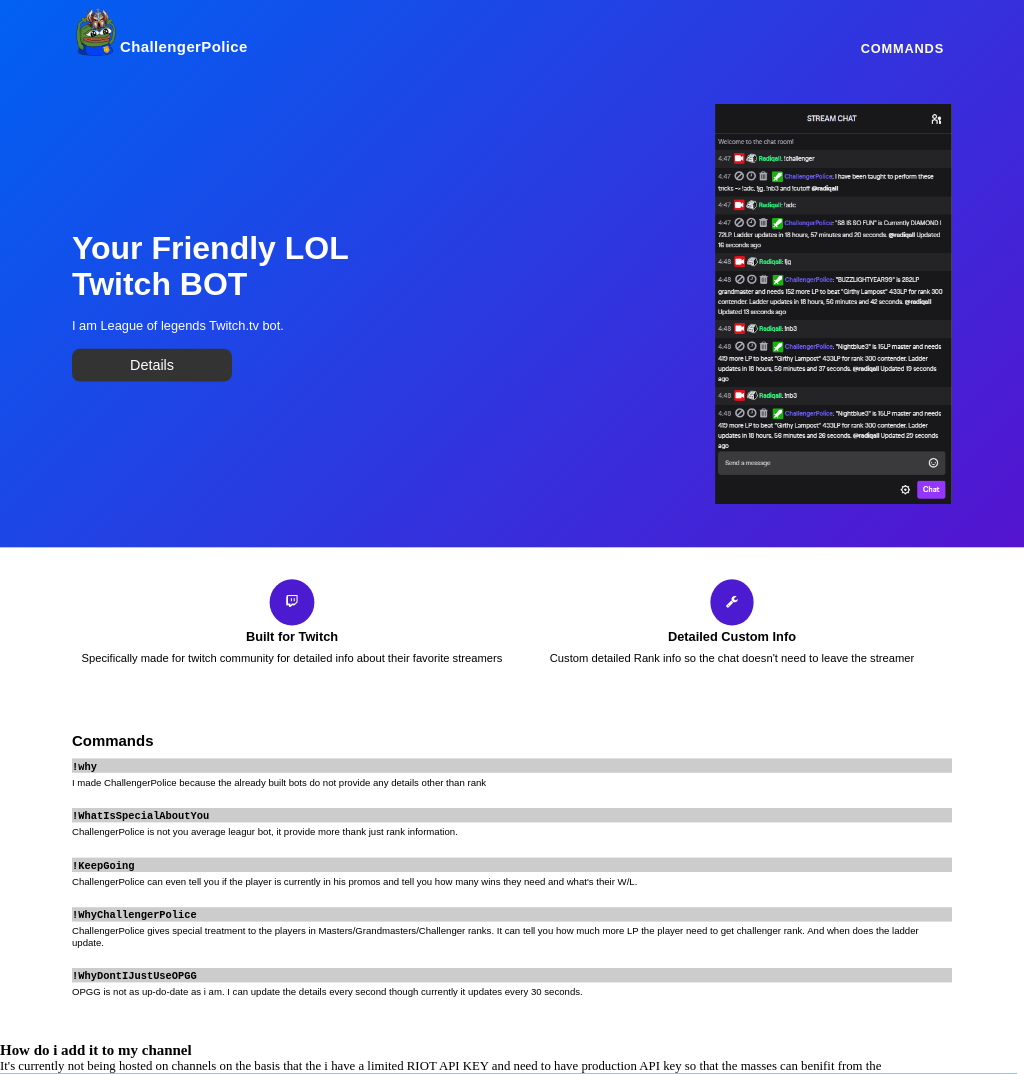
Repository: passbaan/challengerpolice
Page: index.html
The author's editor kept a copy of each file at every save. The page is drawn from the files as they stood at one save, then again after the next save.
The browser window is 1280 px wide. The pictures show the whole page, at 80% of full size.
The style sheet was rebuilt from its Sass, Less or Tailwind sources for each picture, by a compiler version that may differ from the author's.

Above is the page before, as saved 2020-06-02 18:08:13.

### index.html
<!DOCTYPE html>
<html lang="en">

<head>
    <meta charset="UTF-8">
    <meta name="viewport" content="width=device-width, initial-scale=1.0">
    <link href="https://stackpath.bootstrapcdn.com/font-awesome/4.7.0/css/font-awesome.min.css" rel="stylesheet"
        integrity="sha384-wvfXpqpZZVQGK6TAh5PVlGOfQNHSoD2xbE+QkPxCAFlNEevoEH3Sl0sibVcOQVnN" crossorigin="anonymous">
    <link rel="stylesheet" href="assets/css/main.min.css">
    <title>ChallengerPolice Rankbot</title>
</head>

<body>
    <section class="header">
        <div class="container">
            <nav>
                <div class="logo">
                    <img src="assets/img/logo.png" alt="Challenger Police Logo" class="logo-img">
                    <h1>ChallengerPolice</h1>
                </div>
                <div class="links">
                    <a href="#commands" class="link">Commands</a>
                </div>
            </nav>
            <div class="hero">
                <div class="hero-text">
                    <h3 class="heading">Your Friendly LOL Twitch BOT</h3>
                    <span>
                        I am League of legends Twitch.tv bot.
                    </span>
                    <a href="#details" class="more">Details</a>
                </div>
                <div class="hero-chat">
                    <img src="assets/img/chat.png" alt="">
                </div>
            </div>
        </div>
    </section>
    <section class="details-container" id="#details">
        <div class="container">
            <div class="details">
                <div class="detail">
                    <span class="img-logo"><i class="fa fa-twitch"></i></span>
                    <h4>Built for Twitch</h4>
                    <span class="detail-text">Specifically made for twitch community for detailed info about their
                        favorite streamers</span>
                </div>
                <div class="detail">
                    <span class="img-logo"><i class="fa fa-wrench"></i></span>
                    <h4>Detailed Custom Info</h4>
                    <span class="detail-text">
                        Custom detailed Rank info so the chat doesn't need to leave the streamer
                    </span>
                </div>
            </div>
        </div>
    </section>
    <section id="commands" class="commands-container">
        <div class="container">
            <div class="commands">
                <h3>Commands</h3>
                <div class="command">
                    <h4 class="command-header"><code>!why</code></h4>
                    <span class="command-text">I made ChallengerPolice because the already built bots do not provide any
                        details
                        other than rank </span>
                </div>
                <div class="command">
                    <h4 class="command-header"><code>!WhatIsSpecialAboutYou</code></h4>
                    <span class="command-text">ChallengerPolice is not you average leagur bot, it provide more thank
                        just
                        rank
                        information.</span>
                </div>
                <div class="command">
                    <h4 class="command-header"><code>!KeepGoing</code></h4>
                    <span class="command-text">ChallengerPolice can even tell you if the player is currently in his
                        promos
                        and
                        tell you how many wins they need and what's their W/L.</span>
                </div>
                <div class="command">
                    <h4 class="command-header"><code>!WhyChallengerPolice</code></h4>
                    <span class="command-text">ChallengerPolice gives special treatment to the players in
                        Masters/Grandmasters/Challenger ranks. It can tell you how much more LP the player need to get
                        challenger rank. And when does the ladder update.</span>
                </div>
                <div class="command">
                    <h4 class="command-header"><code>!WhyDontIJustUseOPGG</code></h4>
                    <span class="command-text">OPGG is not as up-do-date as i am. I can update the details every second
                        though
                        currently it updates every 30 seconds.</span>
                </div>
            </div>
        </div>
    </section>
    <section class="ADD" id="add">
        <h3>How do i add it to my channel</h3>
        <p>It's currently not being hosted on channels on the basis that the i have a limited RIOT API KEY and need to have production API key so that the masses can benifit from the </p>
    </section>

</body>

</html>

### sass/main.scss
* {
  padding: 0;
  margin: 0;
  box-sizing: border-box;
}
html {
  scroll-behavior: smooth;
}
section.header {
  width: 100%;
  background-color: #0061f2;
  background-image: linear-gradient(
    135deg,
    #0061f2 0%,
    rgba(105, 0, 199, 0.8) 100%
  );
  nav {
    display: flex;
    align-items: flex-end;
    justify-content: space-between;
    padding: 10px 0;
    .logo {
      display: flex;
      align-items: flex-end;
      h1 {
        color: #fff;
        letter-spacing: 0.5px;
        font-family: "Montserrat", sans-serif;
        &:hover {
          color: #f1f1f1;
        }
      }
      .logo-img {
        width: 60px;
        height: auto;
      }
    }
    .links {
      padding: 0 10px;
      .link {
        text-decoration: none;
        color: #fff;
        text-transform: uppercase;
        letter-spacing: 1px;
        font-weight: 700;
        font-family: "Montserrat", sans-serif;
        &:hover {
          color: #f1f1f1;
        }
      }
    }
  }
  .hero {
    padding: 50px 0;
    display: flex;
    justify-content: space-between;
    .hero-text {
      display: flex;
      flex-direction: column;
      justify-content: center;
      h3 {
        width: 75%;
        color: #fff;
        font-family: "montserrat", sans-serif;
        font-size: 40px;
      }
      span {
        padding: 20px 0;
        color: #fff;
        font-family: "montserrat", sans-serif;
      }
      a {
        text-align: center;
        text-decoration: none;
        width: 200px;
        font-family: "montserrat", sans-serif;
        background: #333;
        color: #fff;

        font-size: 18px;
        padding: 10px;
        border-radius: 10px;
        &:hover {
          background-color: lighten($color: #333, $amount: 2);
        }
      }
    }
    .hero-chat {
      img {
        height: 500px;
      }
    }
  }
}
section.details-container {
  padding: 40px 0;
  .details {
    display: flex;
    justify-content: center;

    .detail {
      width: 100%;
      display: flex;
      flex-direction: column;
      align-items: center;
      .img-logo {
        padding: 20px;
        border-radius: 100%;
        background: #4c1ad1;
        i {
          color: #fff;
        }
      }
      h4 {
        padding: 5px 0;
        font-family: "montserrat", sans-serif;
      }
      .detail-text {
        font-family: "montserrat", sans-serif;
        padding: 5px;
        text-align: center;
        font-size: 14px;
      }
    }
  }
}
section.commands-container {
  padding: 40px 0;
  .commands {
    h3 {
      font-family: "montserrat", sans-serif;
    }
    .command {
      padding: 10px 0;
      .command-header {
        background: #ccc;
      }
      .command-text {
        font-family: "montserrat", sans-serif;
        font-size: 12px;
        padding: 5px 0;
        display: block;
      }
    }
  }
}
.container {
  max-width: 1100px;
  width: 100%;
  margin-left: auto;
  margin-right: auto;
}

After the next save:
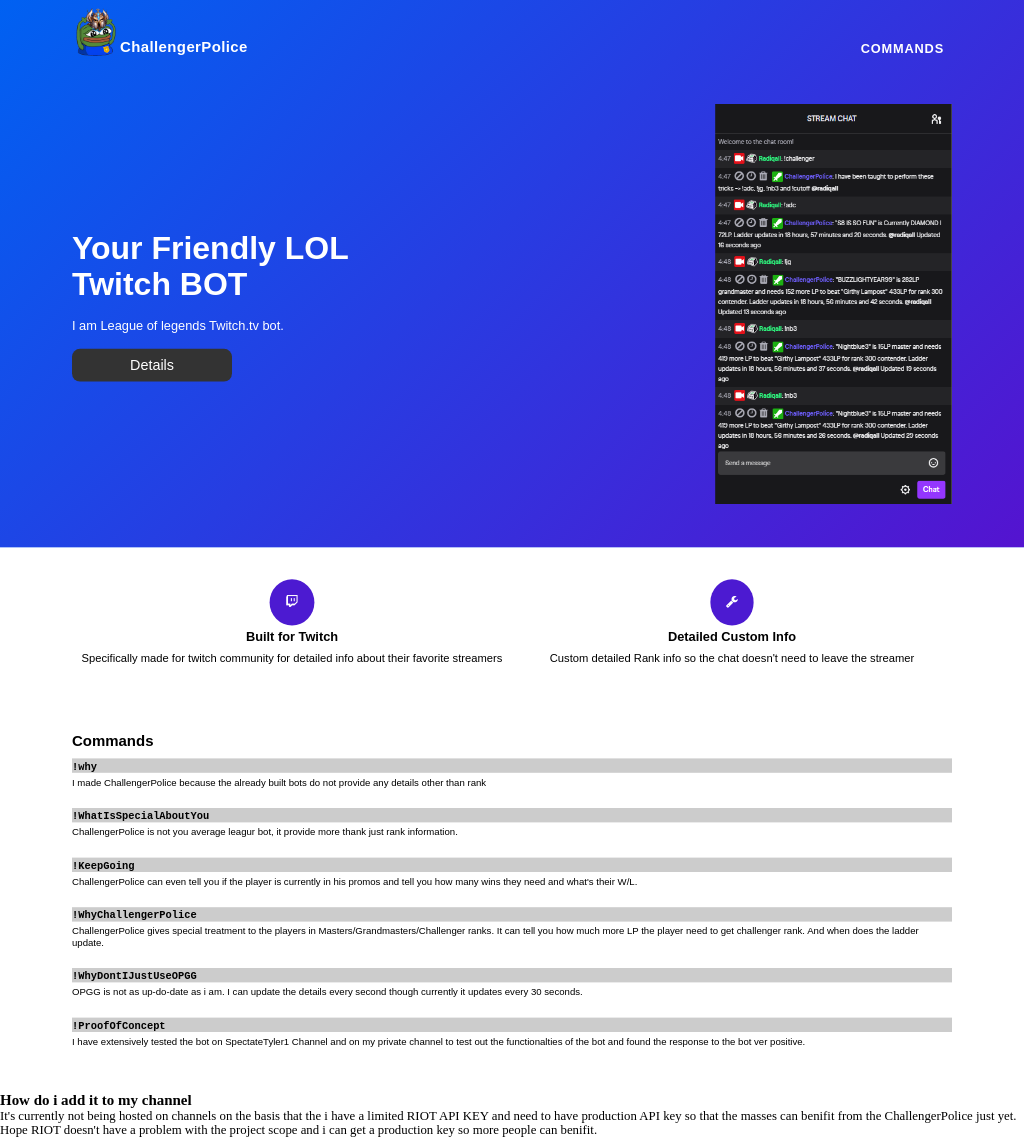
Saved 2 min 49 s later.
--- a/index.html
+++ b/index.html
@@ -91,12 +91,22 @@
                         though
                         currently it updates every 30 seconds.</span>
                 </div>
+                <div class="command">
+                    <h4 class="command-header"><code>!ProofOfConcept</code></h4>
+                    <span class="command-text">I have extensively tested the bot on SpectateTyler1 Channel and on my
+                        private channel to test out the functionalties of the bot and found the response to the bot ver
+                        positive.</span>
+                </div>
             </div>
         </div>
     </section>
+
     <section class="ADD" id="add">
         <h3>How do i add it to my channel</h3>
-        <p>It's currently not being hosted on channels on the basis that the i have a limited RIOT API KEY and need to have production API key so that the masses can benifit from the </p>
+        <p>It's currently not being hosted on channels on the basis that the i have a limited RIOT API KEY and need to
+            have production API key so that the masses can benifit from the ChallengerPolice just yet.</p>
+        <p>Hope RIOT doesn't have a problem with the project scope and i can get a production key so more people can
+            benifit.</p>
     </section>
 
 </body>
